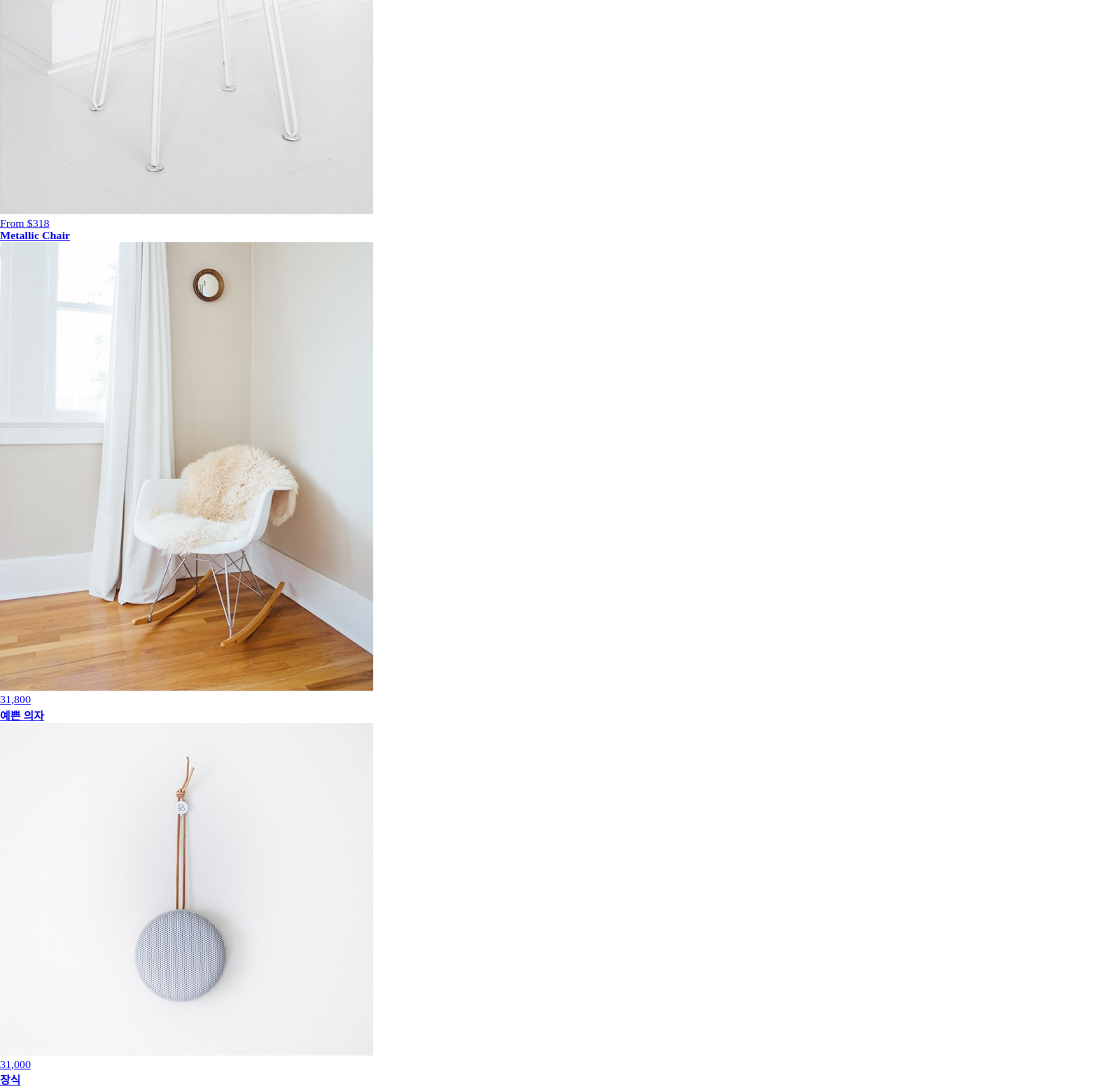
Repository: robbietaek/Java_Spring_Framework_Study
Page: http://localhost/team/WEB-INF/user/index.jsp
The author's editor kept a copy of each file at every save. The page is drawn from the files as they stood at one save, then again after the next save.
The browser window is 1280 px wide. The page is 1583 px wide, so the pictures cover 1583 px, including what lies to the right of the window. The pictures show the part of the page from y = 4277 to 5837 px (the page is 5831 px tall before and 5837 px after), at 70% of full size.
The page is served by Tomcat 9. Nobody is signed in. The template is opened directly, without the code that normally fills it, so the values that code supplies are empty.

Above is the page before, as saved 2019-12-29 11:35:40.
Console error: ReferenceError: $ is not defined

After the next save:
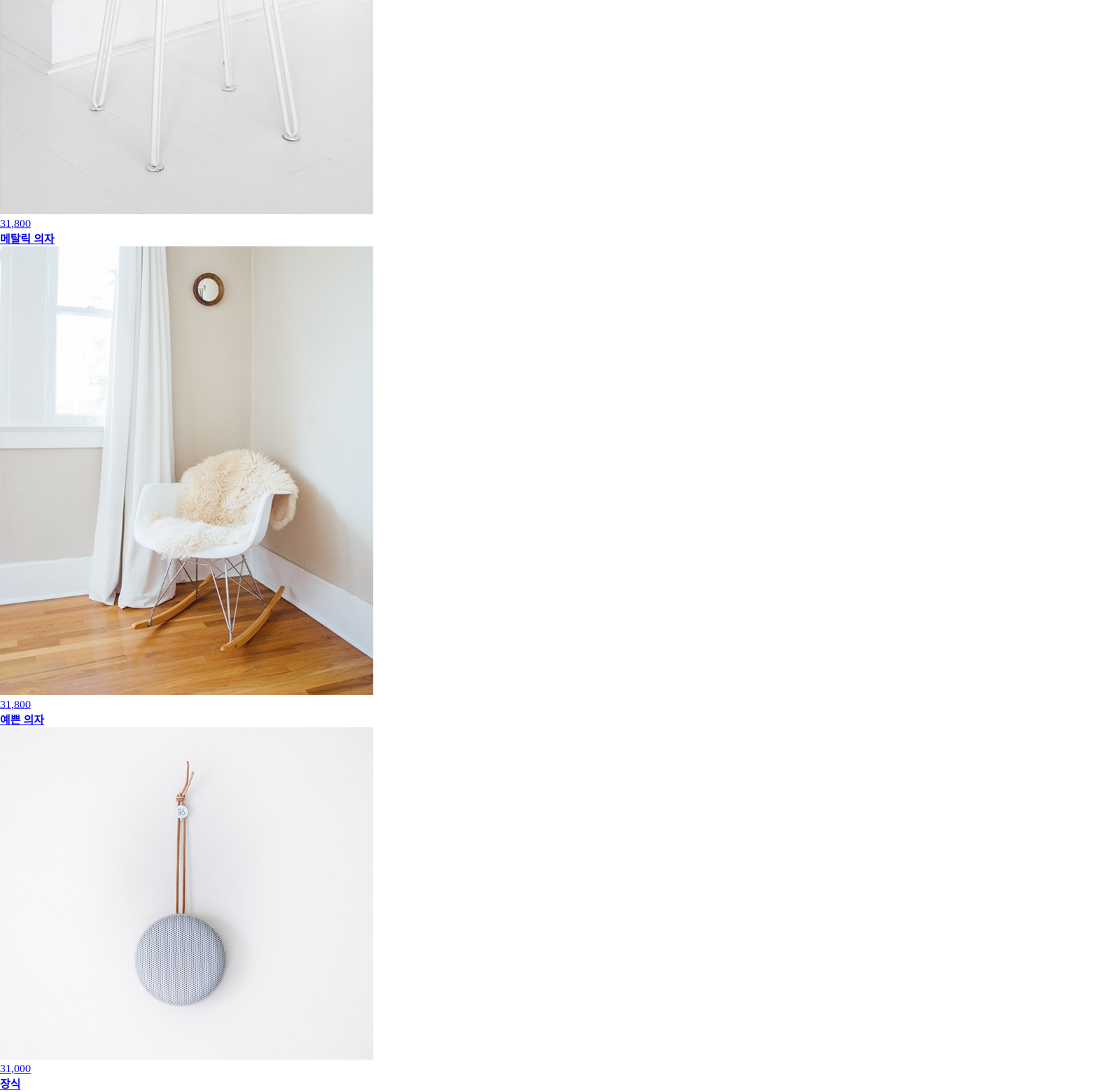
Saved 17 s later.
--- a/team/src/main/webapp/WEB-INF/user/index.jsp
+++ b/team/src/main/webapp/WEB-INF/user/index.jsp
@@ -213,8 +213,8 @@
 					<!-- Hover Content -->
 					<div class="hover-content">
 						<div class="line"></div>
-						<p>From $318</p>
-						<h4>Metallic Chair</h4>
+						<p>31,800</p>
+						<h4>메탈릭 의자</h4>
 					</div>
 				</a>
 			</div>
